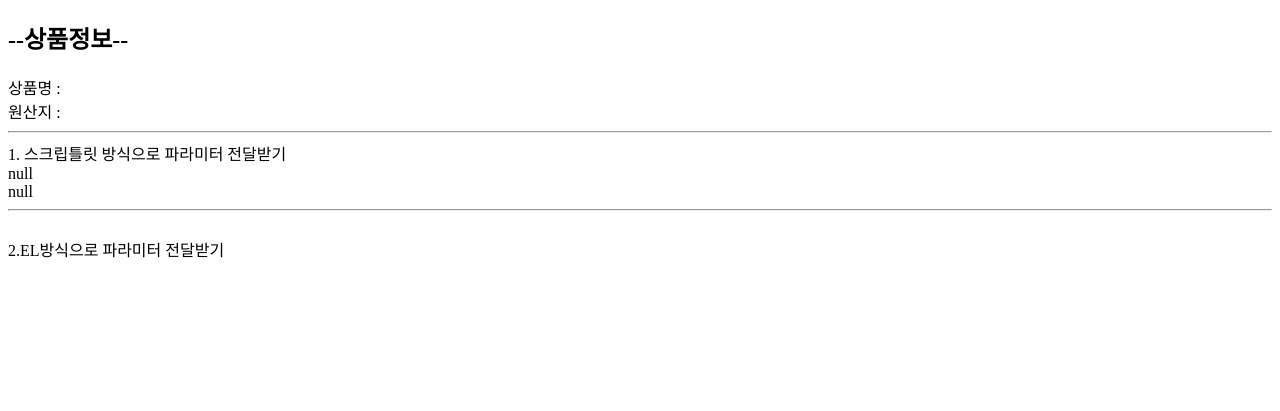
Repository: saeeeem2/2023JSTL
Page: http://localhost/jstl_study/step-2.jsp
The author's editor kept a copy of each file at every save. The page is drawn from the files as they stood at one save, then again after the next save.
The browser window is 1280 px wide. The pictures show the whole page.
The page is served by Tomcat 9. Other server files are loaded and not shown.

Above is the page before, as saved 2023-11-22 05:03:22.

### jstl_study/src/main/webapp/step-2.jsp
<%@ page language="java" contentType="text/html; charset=UTF-8"
    pageEncoding="UTF-8"%>
    <%@ taglib uri="http://java.sun.com/jsp/jstl/core" prefix="c"%>
<!DOCTYPE html>
<html>
<head>
<meta charset="UTF-8">
<title>Insert title here</title>
</head>
<body>
<h2>--상품정보--</h2>
	상품명 : ${param.name }<br>
	원산지 : ${param.address }
	<br>
	<hr>
	1. 스크립틀릿 방식으로 파라미터 전달받기<br>
	<%=request.getParameter("name") %><br>
	<%=request.getParameter("address") %><br>

	<hr>
	<br>

	2.EL방식으로 파라미터 전달받기 <br>
	${param.name }<br>
	${param.address }<br>


</body>
</html>

After the next save:
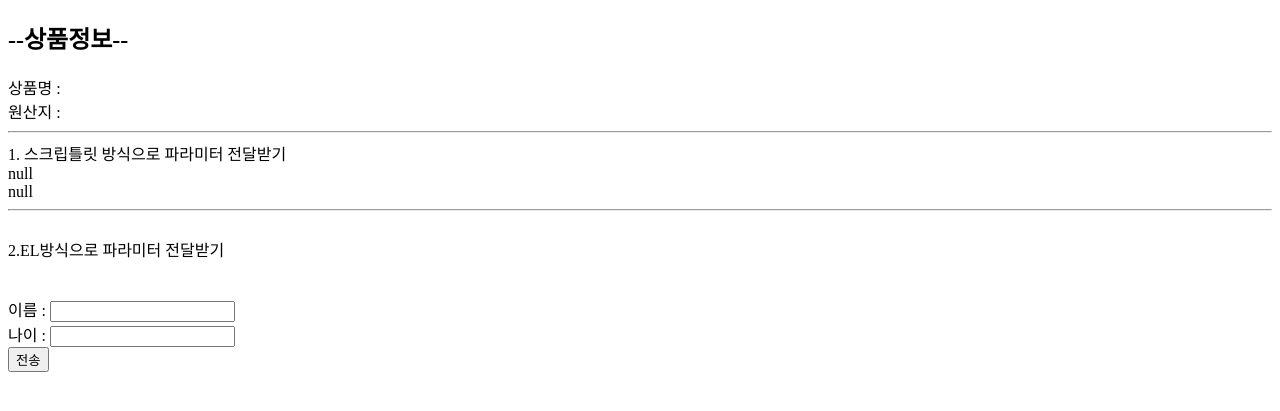
Saved 28 s later.
--- a/jstl_study/src/main/webapp/step-2.jsp
+++ b/jstl_study/src/main/webapp/step-2.jsp
@@ -24,6 +24,10 @@
 	${param.name }<br>
 	${param.address }<br>
 
-
+	<form action="step-3.jsp">
+		이름 : <input type="text" name="name"><br>
+		나이 : <input type="text" name="age"><br>
+		<button type="submit">전송</button>
+	</form>
 </body>
 </html>
